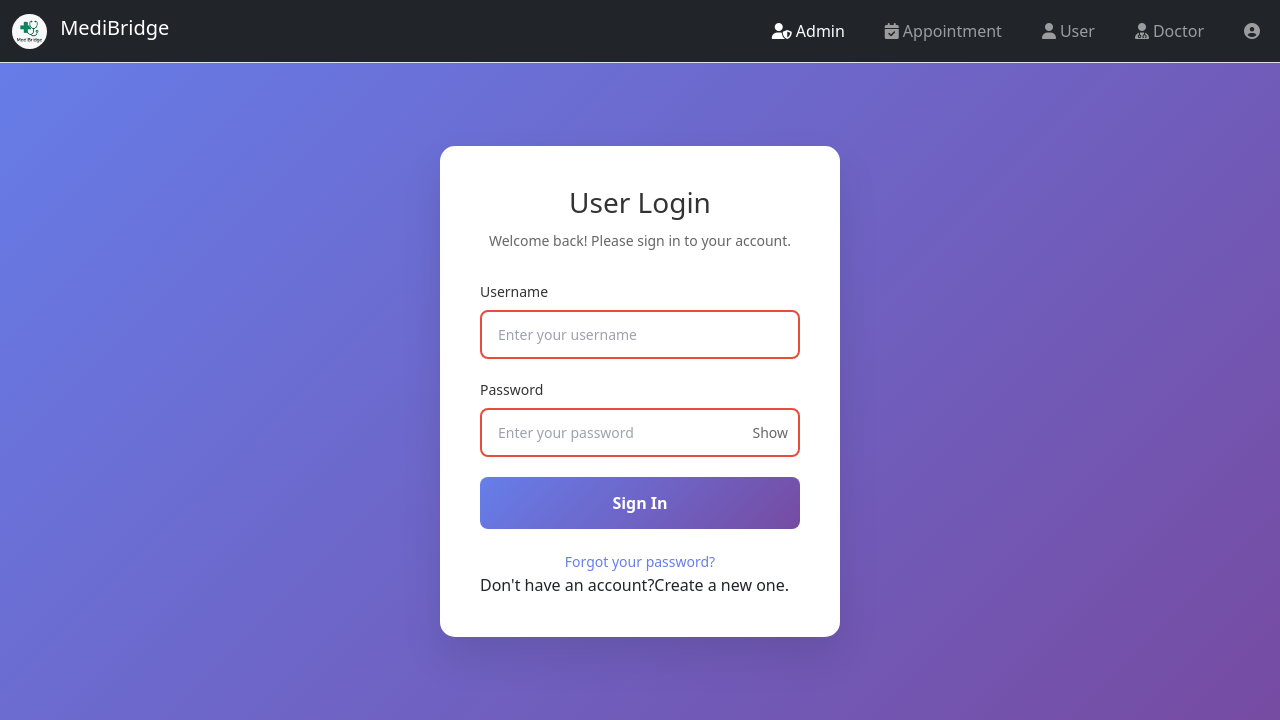
Repository: Abhinavan2004/MediBridge-hms
Page: http://localhost/Hospital_Management_System/User.jsp
These files come from the project's save history. The page is drawn as it stood at one moment and after the next save; the edit follows.
The browser window is 1280 px wide. The pictures show the whole page.
The page is served by Tomcat 9.

Above is the page before, as saved 2025-07-14 09:43:46.

After the next save:
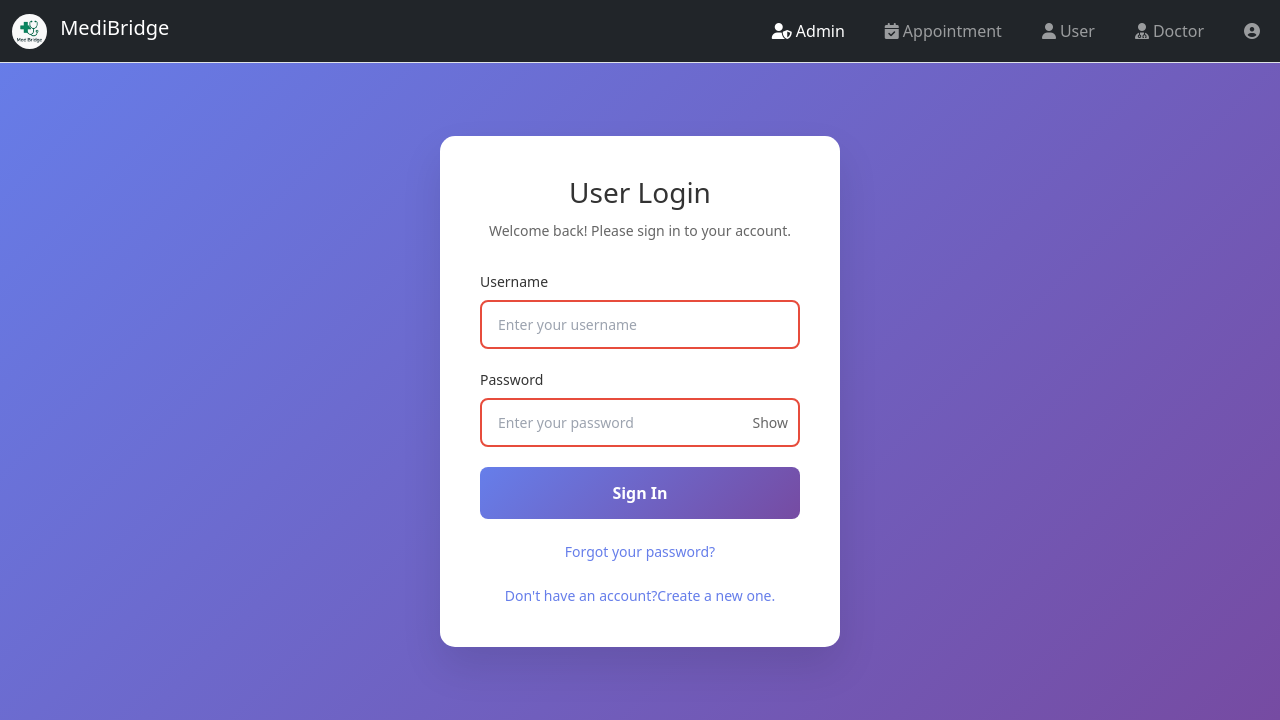
Saved 95 s later.
--- a/Hospital_Management_System/src/main/webapp/User.jsp
+++ b/Hospital_Management_System/src/main/webapp/User.jsp
@@ -142,18 +142,18 @@
             border-left: 4px solid #27ae60;
         }
 
-        .forgot-password {
+        .forgot-password , .create_account {
             text-align: center;
             margin-top: 20px;
         }
 
-        .forgot-password a {
+        .forgot-password a , .create_account a{
             color: #667eea;
             text-decoration: none;
             font-size: 14px;
         }
 
-        .forgot-password a:hover {
+        .forgot-password a:hover , .create_account a:hover {
             text-decoration: underline;
         }
 
